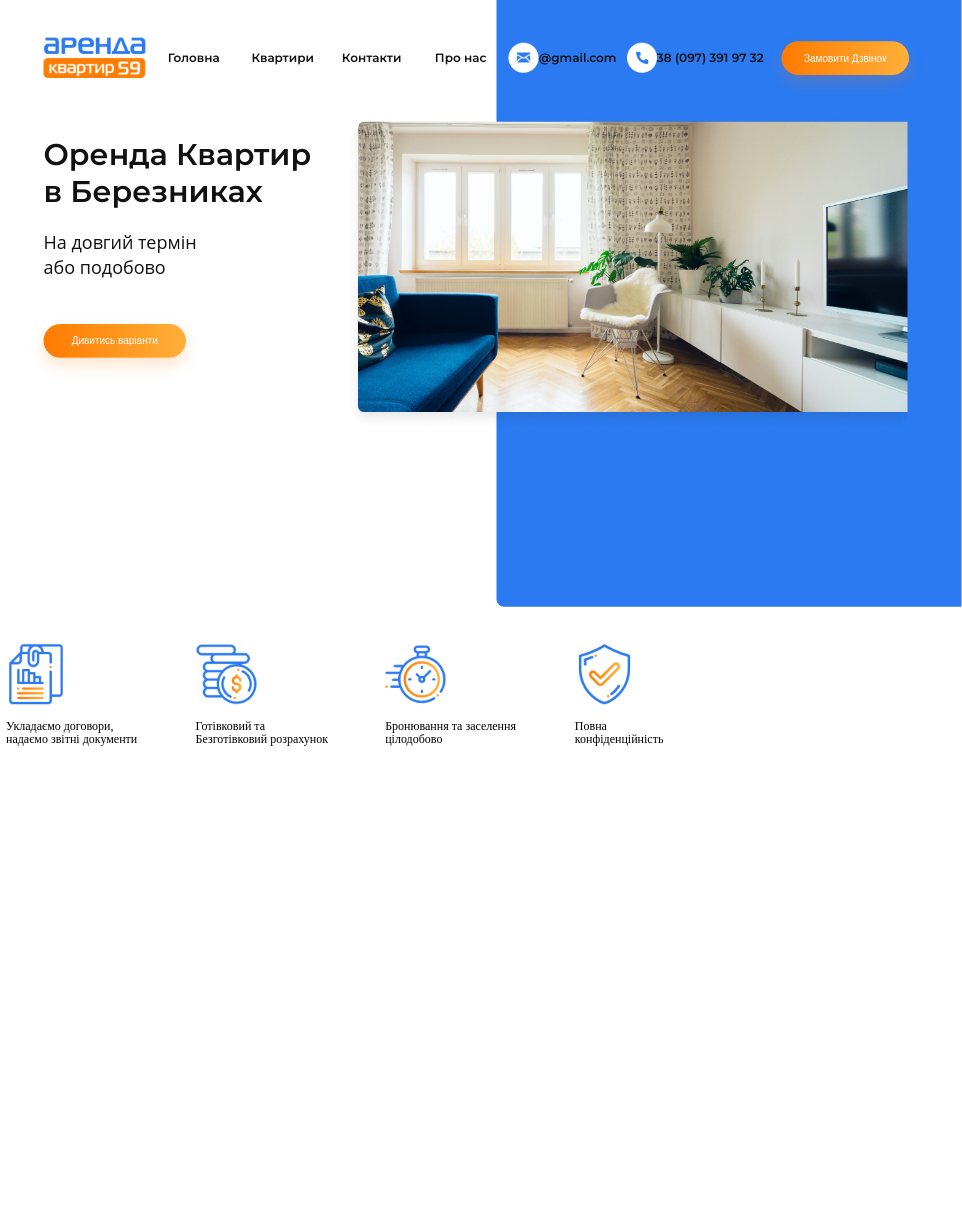
Repository: batonAnton/HW-7-grid
Page: index.html
These files come from the project's save history. The page is drawn as it stood at one moment and after the next save; the edit follows.
The browser window is 1280 px wide. The page is 1282 px wide, so the pictures cover 1282 px, including what lies to the right of the window. The pictures show the whole page, at 75% of full size.

Above is the page before, as saved 2022-06-25 18:37:37.

### index.html
<!DOCTYPE html>
<html lang="en">
<head>
    <meta charset="UTF-8">
    <meta http-equiv="X-UA-Compatible" content="IE=edge">
    <meta name="viewport" content="width=device-width, initial-scale=1.0">
    <link rel="preconnect" href="https://fonts.googleapis.com">
    <link rel="preconnect" href="https://fonts.gstatic.com" crossorigin>
    <link href="https://fonts.googleapis.com/css2?family=Montserrat:wght@600&display=swap" rel="stylesheet">
    <link rel="stylesheet" href="./css/styles2.css">
    <title>Grid</title>
</head>

        <div  class="wrapper allstyles">
            <header>
                <img src="./images/logo.png" alt="logo">
                <a href="" class="menu">Головна</a>
                <a href="" class="menu">Квартири</a>
                <a href="" class="menu">Контакти</a>
                <a href="" class="menu">Про нас</a>

                <div class="item mail">
                    <img src="./images/email.png" alt="email">
                    <p>@gmail.com</p>
                </div>
                <div class="item phone">
                    <img src="./images/phone.png" alt="phone">
                    <p>38 (097) 391 97 32</p>
                </div>
                <div class="item btn">
                        <button>Замовити Дзвінок </button>
                </div>
            </header>
            </div>





            <div class=" wrapper2  allstyles">
                <div class="info">
                    <h1>Оренда Квартир <br> в Березниках</h1>
                    <p>На довгий термін <br> або подобово</p>
                    <button class="btn">Дивитись варіанти</button>
                </div>
                <div class="blueblock"></div>

                <div class="banner">

                </div>
            </div>
        </div>
    </div>

    <div class="wrapper3">
         <div class="block1">
             <img src="./images/header 1.1.png" alt="img">
             <p>
                Укладаємо договори, <br> надаємо звітні документи
             </p>
         </div>
         <div class="block2">
            <img src="./images/header 1.2.png" alt="img">
            <p>
                Готівковий та <br>
                Безготівковий розрахунок
            </p>
         </div>
         <div class="block3">
            <img src="./images/header 1.3.png" alt="img">
            <p>
                Бронювання та заселення <br> цілодобово
            </p>

         </div>
         <div class="block4">
            <img src="./images/header 1.4.png" alt="img">
            <p>
                Повна <br> конфіденційність
            </p>
         </div>
    </div>









</body>
</html>

### css/styles2.css
* {
  box-sizing: border-box;
}

.allstyles {
  margin: 50px 50px;
}

header {
  display: grid;
  gap: 10px;
  grid-template-columns: repeat(8, 1fr);
  grid-template-rows: 1fr;
  z-index: 1;
}

.wrapper {
  display: flex;
  justify-content: space-between;
}

.menu {
  font-family: "Montserrat", sans-serif;
  font-style: normal;
  font-weight: 600;
  font-size: 16px;
  line-height: 20px;
  text-decoration: none;
  color: #111111;
  transition: all 1s;
}

.menu:hover {
  text-decoration: underline;
}

.phone,
.mail {
  font-family: "Montserrat", sans-serif;
  font-style: normal;
  font-weight: 600;
  font-size: 16px;
  line-height: 20px;
  text-decoration: none;
  color: #111111;
  transition: all 1s;
}

.menu,
.phone,
.mail,
.btn {
  justify-content: center;
  align-items: center;
  display: flex;
}

.phone,
.btn {
  width: 190px;
}

.btn button {
  padding: 15px 30px;
  color: #fff;
  background: linear-gradient(89.77deg, #ff7a00 0.2%, #ffb039 99.82%);
  box-shadow: 0px 10px 20px rgba(255, 122, 0, 0.2);
  border-radius: 25px;
  border: none;
}

.wrapper2 {
  display: grid;
  grid-template-columns: repeat(5, 1fr);
  grid-template-rows: repeat(5, 1fr);
  z-index: 0;
}

.wrapper2 .info {
  grid-column: 1/3;
  grid-row: 1/6;
}

.info h1 {
  font-family: "Montserrat";
  font-style: normal;
  font-weight: 800;
  font-size: 40px;
  line-height: 49px;
  display: flex;
  align-items: center;
  color: #111111;
}

.info p {
  font-family: "Open Sans";
  font-style: normal;
  font-weight: 400;
  font-size: 24px;
  line-height: 33px;
  color: #111111;
}
.wrapper2 .banner {
  grid-column: 3/6;
  grid-row: 1/6;
  background-image: url(../images/bigBanner.png);
  background-repeat: no-repeat;
  background-size: contain;
  height: 420px;
  margin-right: -60px;
}

.wrapper2 .btn {
  margin-top: 60px;
  padding: 15px 30px;
  color: #fff;
  background: linear-gradient(89.77deg, #ff7a00 0.2%, #ffb039 99.82%);
  box-shadow: 0px 10px 20px rgba(255, 122, 0, 0.2);
  border-radius: 25px;
  border: none;
}

.wrapper3 {
  display: grid;
  grid-template-columns: repeat(5, 1fr);
  grid-template-rows: repeat(5, 1fr);
}

.blueblock {
    grid-column: 4/6;
    grid-row: 1/6;
    background: #2b7af1;
    border-radius: 0px 0px 0px 10px;
    margin-top: -155px;
    margin-right: -60px;
    width: 620px;
    height: 810px;
}

After the next save:
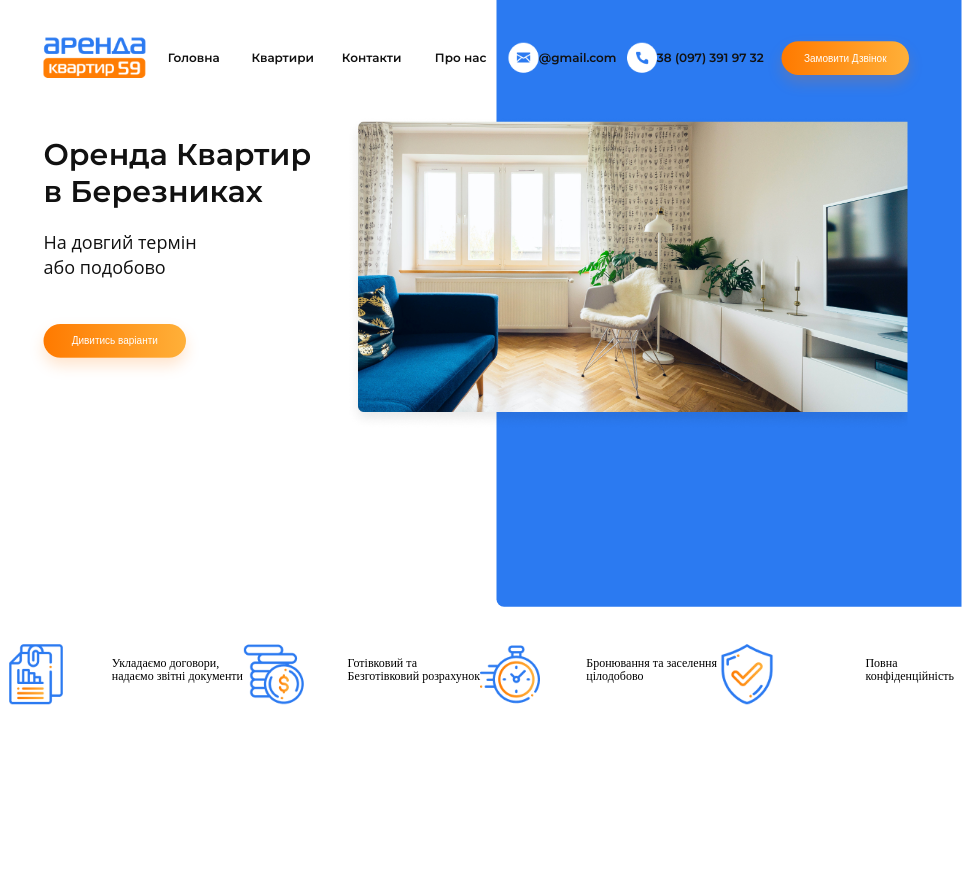
Saved 4 min 13 s later.
--- a/css/styles2.css
+++ b/css/styles2.css
@@ -136,3 +136,30 @@ header {
     width: 620px;
     height: 810px;
 }
+
+.wrapper3{
+    display: grid;
+    grid-template-columns: repeat(4,1fr);
+    grid-template-rows: repeat(4,1fr);
+}
+
+.block1, .block2, .block3, .block4{
+    display: flex;
+    justify-content: space-between;
+}
+
+.block1{
+    grid-column: 1/2;
+}
+
+.block2{
+    grid-column: 2/3;
+}
+
+.block3{
+    grid-column: 3/4;
+}
+
+.block4{
+    grid-column: 4/5;
+}
